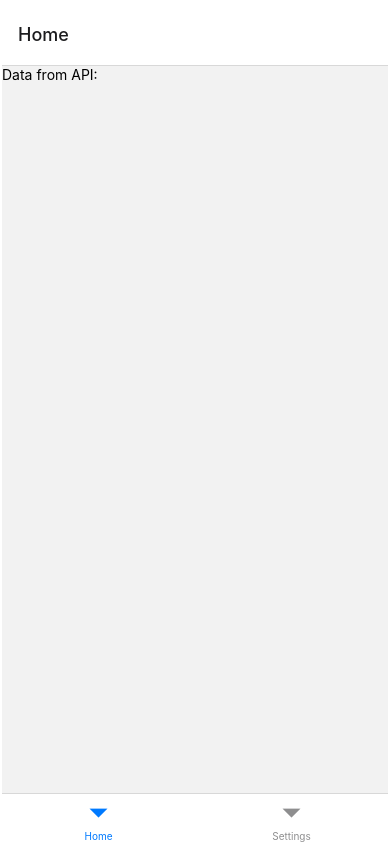
Repository: anxbt/FireWallsClone
Screen: /
An editor plug-in stored every save of this project. The screen is shown before and after the next save, followed by the edit.
The page's requests for data from a server got no answer. The app was drawn by React Native's web renderer in a window 390 px wide. The project was rebuilt for these pictures with package versions that can differ from the ones it lists, and the page was loaded fresh each time. No one was signed in, and anything a server would have sent is missing. Also part of the build but not shown: Components/SettingsScreen.js.

Above is the screen before, as saved 2023-11-17 00:14:47.

### App.js
// import { StatusBar } from 'expo-status-bar';
// import { StyleSheet, Text, View } from 'react-native';
// import Bottom from "./Components/Bottom"

// export default function App() {
//   return (
//     <View style={styles.container}>
//       <Bottom/>
//       <Text>Open up App.js to start working on your app!</Text>
//       <StatusBar style="auto" />
//     </View>
//   );
// }

// const styles = StyleSheet.create({
//   container: {
//     flex: 1,
//     backgroundColor: '#fff',
//     alignItems: 'center',
//     justifyContent: 'center',
//   },
// });


import * as React from 'react';
import { StyleSheet, Text, View } from 'react-native'
import { createBottomTabNavigator } from '@react-navigation/bottom-tabs';
import HomeScreen from './Components/HomeScreen';
import SettingsScreen from './Components/SettingsScreen';
import {NavigationContainer} from '@react-navigation/native';


const Tab = createBottomTabNavigator();

export default function App() {
  return (
    <NavigationContainer>
    <View style={{ flex:1,padding:2}}>

       <Tab.Navigator>
      <Tab.Screen name="Home" component={HomeScreen} />
      <Tab.Screen name="Settings" component={SettingsScreen} />
    </Tab.Navigator>

    </View>
  </NavigationContainer>
  )
}

const styles = StyleSheet.create({})

### Components/HomeScreen.js
// import React from 'react'
// import { View, Text } from 'react-native'


// export default function HomeScreen() {
//     return (
//         <View style={{ flex: 1, justifyContent: 'center', alignItems: 'center' }}>
//             <Text>Home</Text>
//         </View>
//     )
// }



// import React, { useState, useEffect } from 'react';
// import { View, Text } from 'react-native';
// import { fetchNsfwImages } from '../Services/Api';

// export default function HomeScreen() {
//   const [nsfwData, setNsfwData] = useState([]);

//   useEffect(() => {
//     const fetchData = async () => {
//       try {
//         const data = await fetchNsfwImages('pussy');
//         setNsfwData(data);
//       } catch (error) {
//         // Handle error
//       }
//     };

//     fetchData();
//   }, []);

//   return (
//     <View style={{ flex: 1, justifyContent: 'center', alignItems: 'center' }}>
//       <Text>Home</Text>
//       {nsfwData.map((item) => (
//         <Text key={item.id}>{item.url}</Text>
//       ))}
//     </View>
//   );
// }


// HomePage.js
// HomePage.js
import React, { useState, useEffect } from 'react';
import { View, Text } from 'react-native';
import { fetchSeriesData } from '../Services/Api'; // Adjust the path based on your actual file structure

const HomeScreen = () => {
  const [seriesData, setSeriesData] = useState([]);

  useEffect(() => {
    const fetchData = async () => {
      try {
        // Use the desired endpoint
        const data = await fetchSeriesData('x/upcoming');
        setSeriesData(data);
      } catch (error) {
        console.error('Error fetching data:', error);
      }
    };

    fetchData();
  }, []); // Empty dependency array to run the effect only once

  return (
    <View>
      <Text>Data from API:</Text>
      {seriesData.map(item => (
        <Text key={item.id}>{item.name}</Text>
      ))}
    </View>
  );
};

export default HomeScreen;

### Services/Api.js
// import axios from 'axios';

// const options = {
//   method: 'POST',
//   url: 'https://nsfw-image-generator-api.p.rapidapi.com/',
//   headers: {
//     'content-type': 'application/json',
//     'X-RapidAPI-Key': '5483905a35msh3fb8c1f7573f84ap1924fbjsnbf3cc92329ab',
//     'X-RapidAPI-Host': 'nsfw-image-generator-api.p.rapidapi.com'
//   },
//   data: {
//     type: 'pussy',
//     'available _types': 'pussy,  boobs,  gonewild, ass,  thigh,  4k',
//     note: 'leave the type field blank to generate random nsfw images'
//   }
// };

// try {
// 	const response = await axios.request(options);
// 	console.log(response.data);
// } catch (error) {
// 	console.error(error);
// }



// import axios from 'axios';

// const api = axios.create({
//   baseURL: 'https://nsfw-image-generator-api.p.rapidapi.com/',
//   headers: {
//     'content-type': 'application/json',
//     'X-RapidAPI-Key': '5483905a35msh3fb8c1f7573f84ap1924fbjsnbf3cc92329ab',
//     'X-RapidAPI-Host': 'nsfw-image-generator-api.p.rapidapi.com',
//   },
// });

// export const fetchNsfwImages = async (type) => {
//   try {
//     const response = await api.post('/', {
//       type,
//       'available_types': 'pussy,boobs,gonewild,ass,thigh,4k',
//       note: 'leave the type field blank to generate random nsfw images',
//     });

//     return response.data;
//   } catch (error) {
//     console.error('Error fetching NSFW images:', error);
//     throw error;
//   }
// };



// api.js
const axios = require('axios');

const options = {
  method: 'GET',
  url: 'https://moviesdatabase.p.rapidapi.com/titles/series/%7BseriesId%7D',
  headers: {
    'X-RapidAPI-Key': '5483905a35msh3fb8c1f7573f84ap1924fbjsnbf3cc92329ab',
    'X-RapidAPI-Host': 'moviesdatabase.p.rapidapi.com'
  }
};

const fetchSeriesData = async () => {
  try {
    const response = await axios.request(options);
    return response.data;
  } catch (error) {
    throw error;
  }
};

module.exports = { fetchSeriesData };

After the next save:
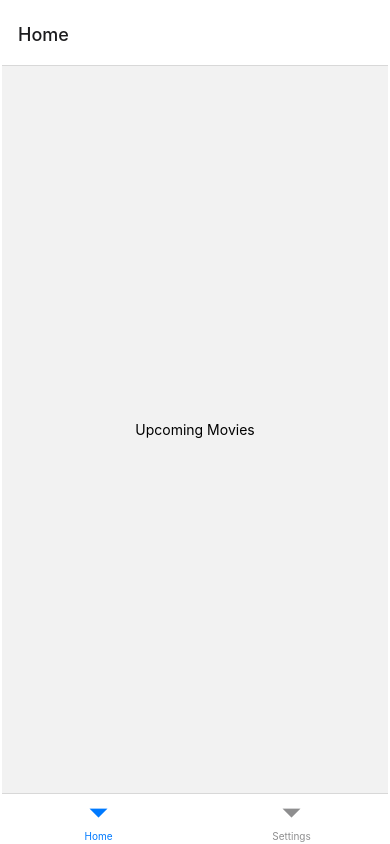
Saved 26 min 38 s later.
--- a/Components/HomeScreen.js
+++ b/Components/HomeScreen.js
@@ -43,37 +43,48 @@
 // }
 
 
-// HomePage.js
-// HomePage.js
-import React, { useState, useEffect } from 'react';
+import React from 'react';
 import { View, Text } from 'react-native';
-import { fetchSeriesData } from '../Services/Api'; // Adjust the path based on your actual file structure
+import axios from 'axios';
 
-const HomeScreen = () => {
-  const [seriesData, setSeriesData] = useState([]);
+export default class HomeScreen extends React.Component {
+  constructor(props) {
+    super(props);
+    this.state = {
+      upcomingMovies: [],
+    };
+  }
 
-  useEffect(() => {
-    const fetchData = async () => {
-      try {
-        // Use the desired endpoint
-        const data = await fetchSeriesData('x/upcoming');
-        setSeriesData(data);
-      } catch (error) {
-        console.error('Error fetching data:', error);
-      }
+  componentDidMount() {
+    const options = {
+      method: 'GET',
+      url: 'https://moviesdatabase.p.rapidapi.com/titles/x/upcoming',
+      headers: {
+        'X-RapidAPI-Key': '5483905a35msh3fb8c1f7573f84ap1924fbjsnbf3cc92329ab',
+        'X-RapidAPI-Host': 'moviesdatabase.p.rapidapi.com',
+      },
     };
 
-    fetchData();
-  }, []); // Empty dependency array to run the effect only once
+    try {
+      axios.request(options).then(response => {
+        const upcomingMovies = response.data.results;
+        this.setState({ upcomingMovies });
+      });
+    } catch (error) {
+      console.error(error);
+    }
+  }
 
-  return (
-    <View>
-      <Text>Data from API:</Text>
-      {seriesData.map(item => (
-        <Text key={item.id}>{item.name}</Text>
-      ))}
-    </View>
-  );
-};
+  render() {
+    const { upcomingMovies } = this.state;
 
-export default HomeScreen;
+    return (
+      <View style={{ flex: 1, justifyContent: 'center', alignItems: 'center' }}>
+        <Text>Upcoming Movies</Text>
+        {upcomingMovies.map(movie => (
+          <Text key={movie.id}>{movie.title}</Text>
+        ))}
+      </View>
+    );
+  }
+}
